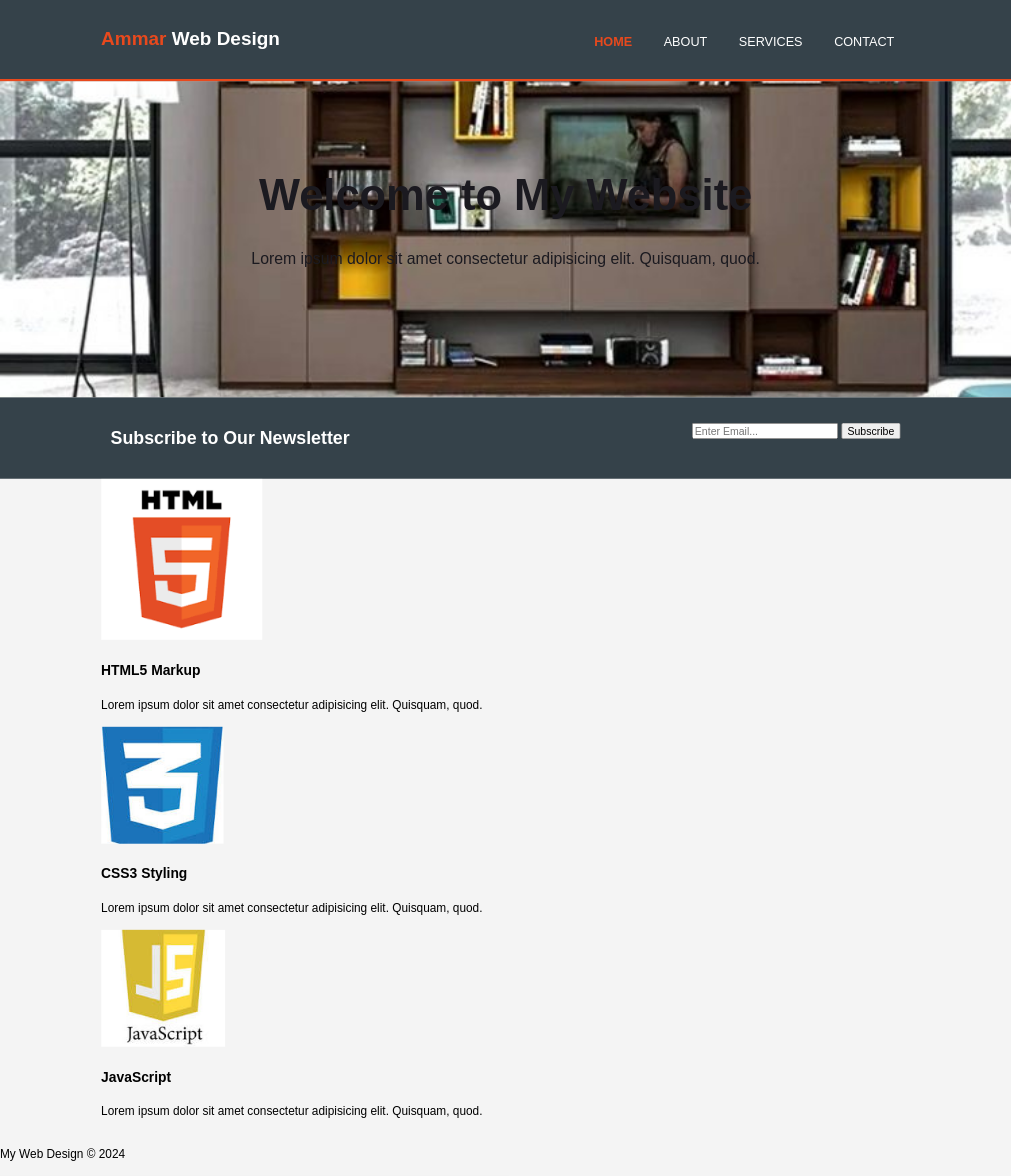
Repository: aobeid1979/html-website
Page: index.html
An editor plug-in stored every save of this project. The page is shown before and after the next save, followed by the edit.
The browser window is 1280 px wide. The pictures show the whole page, at 79% of full size.

Above is the page before, as saved 2024-05-03 11:35:27.

After the next save:
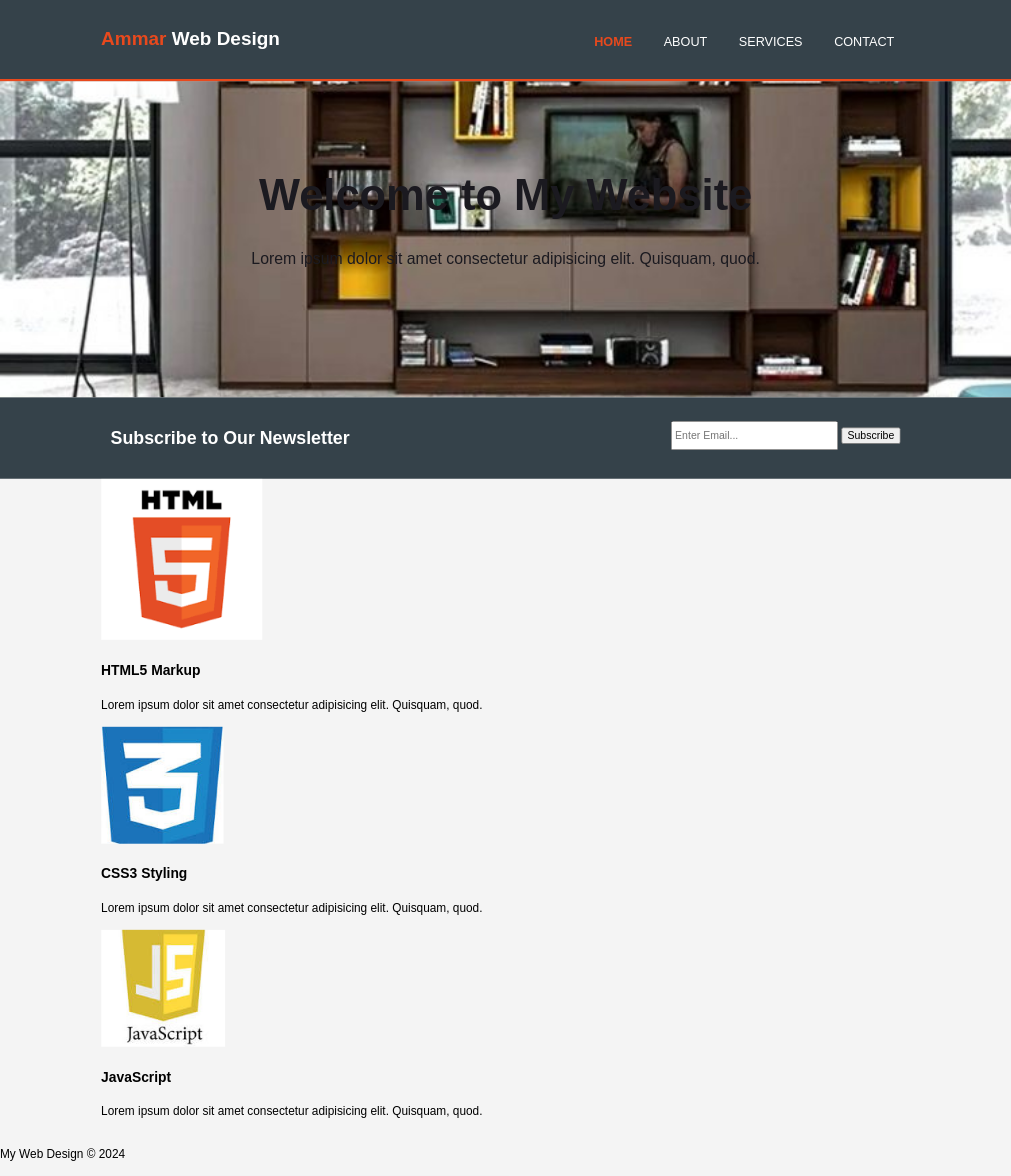
Saved 6 s later.
--- a/css/style.css
+++ b/css/style.css
@@ -102,4 +102,8 @@
     margin-top: 15px;
 }
 
-#n
+#newsletter input[type="email"]{
+    padding: 4px;
+    height: 25px;
+    width: 200px;
+}
